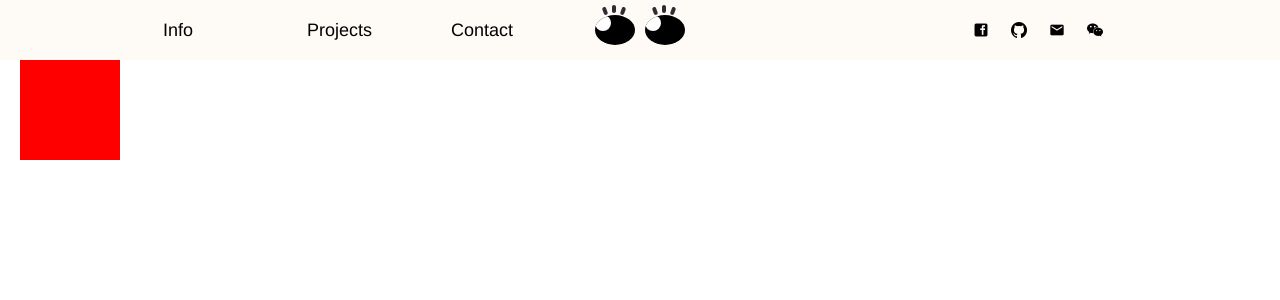
Repository: jinghuai8092/personal_website
Page: /
These files come from the project's save history. The page is drawn as it stood at one moment and after a run of saves; the edit follows.
The browser window is 1280 px wide. The pictures show the whole page.
The project was rebuilt for these pictures with package versions that can differ from the ones it lists, and the page was loaded fresh each time.

Above is the page before, as saved 2021-09-09 22:15:05.

### src/index.js
import React from 'react';
import ReactDOM from 'react-dom';
import App from './App';
import reportWebVitals from './reportWebVitals';
import './reset.css';
import './style.module.css';
import './status/iconFont/iconFont.module.css';

ReactDOM.render(
  <React.StrictMode>
    <App />
  </React.StrictMode>,
  document.getElementById('root')
);

// If you want to start measuring performance in your app, pass a function
// to log results (for example: reportWebVitals(console.log))
// or send to an analytics endpoint. Learn more: https://bit.ly/CRA-vitals
reportWebVitals();

### src/App.js
import Header from "./common/header";

function App() {
  return (
    <Header></Header>
  );
}

export default App;

### src/style.module.css
:global(.positionRelative){
    position: relative;
}

### src/status/iconFont/iconFont.module.css
@font-face {
    font-family: 'iconfont';
    src: url('./iconfont.woff2?t=1631239155577') format('woff2'),
         url('./iconfont.woff?t=1631239155577') format('woff'),
         url('./iconfont.ttf?t=1631239155577') format('truetype');
  }
  :global(.iconfont) {
    font-family: "iconfont" !important;
    font-size: 16px;
    font-style: normal;
    -webkit-font-smoothing: antialiased;
    -moz-osx-font-smoothing: grayscale;
  }

### src/common/header/index.js
import React, { PureComponent } from 'react';
import styles from './header.module.css'
import classNames from 'classnames';


class Header extends PureComponent {
    render() {
        return (
            <div className={styles.header}>
                <nav className={styles.nav}>
                    <ul className={styles.ul}>
                        <li className={styles.li}>Info</li>
                        <li className={styles.li}>Projects</li>
                        <li className={styles.li}>Contact</li>
                        <li className='positionRelative'>
                            <div className={classNames(styles.eyes, styles.eyesLeft)} >
                                <span className={styles.circle}></span>
                            </div>
                            <span className={classNames(styles.lash, styles.lashLeft)}></span>
                        </li>
                        <li className='positionRelative'>
                            <div className={classNames(styles.eyes, styles.eyesRight)} >
                                <span className={styles.circle}></span>
                            </div>
                            <span className={classNames(styles.lash, styles.lashRight)}></span>
                        </li>
                        <li className={styles.li}></li>
                        <li className={styles.li}></li>
                        <li className={styles.li}>
                            <span className={classNames('iconfont', styles.iconfont)}>&#xe68c;</span>
                            <span className={classNames('iconfont', styles.iconfont)}>&#xea0b;</span>
                            <span className={classNames('iconfont', styles.iconfont)}>&#xe634;</span>
                            <span className={classNames('iconfont', styles.iconfont)}>&#xe6ca;</span>
                        </li>

                    </ul>
                </nav>
                <div className={styles.infoMenu}>
                    <ul>
                        <li></li>
                        <li></li>
                        <li></li>
                        <li></li>
                    </ul>
                </div>
            </div>
        )
    }
}

export default Header;

### src/common/header/header.module.css
.header{
    position: fixed;
    width: 100%;
    z-index:999;
    background-color: #fefaf6;
}
.nav{
    max-width: 1600px;
    width: 100%;
    margin:0 auto;
    position: relative;
    display: block;
}
.ul{
    margin: 0 auto;
    list-style-type: none;
    display: flex;
    padding: 0;
    overflow: hidden;
    max-width: 90%;
    box-sizing: border-box;
    align-items: center;
    justify-content: center;
    margin:0 auto;
    font-family: Biotif-Regular,Helvetica Neue,Helvetica,Arial,sans-serif;
    font-size: 18px;
}
.li{
    display: list-item;
    height: 60px;
    line-height: 60px;
    width: 12.5%;
}

.eyes{
    background: black;
    width: 40px;
    height: 30px;
    border-radius: 50%;
    overflow: hidden;
    position: relative;
}
.eyesLeft{
    margin-right: 5px;
}
.eyesRight{
    margin-left: 5px;

}
.circle{
    background-color: white;
    width: 16px;
    height: 16px;
    border-radius: 50%;
    position:relative;
    transform: rotate(0deg);
    display: flex;
    transform-origin: 25px 15px;
}
.lash{
    background-image: url(../../status/images/header/lash.svg);
    position:absolute;
    width: 24px;
    height: 10px;
    top: -10px;
    left:7px;
}
.lashRight{
    margin-left:5px;
}
.lashLeft{
    margin-right: 5px;
}
.iconfont{
    font-size: 29px;
    margin-right: 22px;
}
.infoMenu{
    position: absolute;
    height: 100px;
    width: 100px;
    background-color: red;
    left: 20px;
}

Loaded but not shown: public/index.html (common file); src/reportWebVitals.js (common file); src/reset.css (common file)

After the next 4 saves:
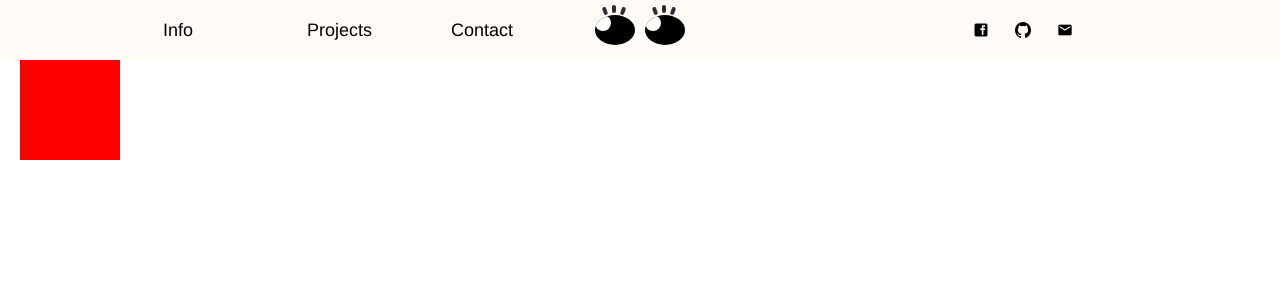
The 4 saves are shown as one change because 2 did not build or start and some came seconds apart.
The last was saved 90 s later.
--- a/src/common/header/index.js
+++ b/src/common/header/index.js
@@ -27,22 +27,23 @@
                         <li className={styles.li}></li>
                         <li className={styles.li}></li>
                         <li className={styles.li}>
-                            <span className={classNames('iconfont', styles.iconfont)}>&#xe68c;</span>
-                            <span className={classNames('iconfont', styles.iconfont)}>&#xea0b;</span>
-                            <span className={classNames('iconfont', styles.iconfont)}>&#xe634;</span>
-                            <span className={classNames('iconfont', styles.iconfont)}>&#xe6ca;</span>
+                            <span className={classNames('iconfont', styles.iconfont)}>&#xe68c; </span>
+                            <span className={classNames('iconfont', styles.iconfont)}>&#xea0b; </span>
+                            <span className={classNames('iconfont', styles.iconfont)}>&#xe634; </span>
+                            <span className={classNames('iconfont', styles.iconfont)}>&#xe6ca; </span>
                         </li>
 
                     </ul>
-                </nav>
-                <div className={styles.infoMenu}>
-                    <ul>
-                        <li></li>
-                        <li></li>
-                        <li></li>
-                        <li></li>
-                    </ul>
-                </div>
+                    <div className={styles.infoMenu}>
+                        <ul>
+                            <li></li>
+                            <li></li>
+                            <li></li>
+                            <li></li>
+                        </ul>
+                    </div>
+
+                </nav >
             </div>
         )
     }
